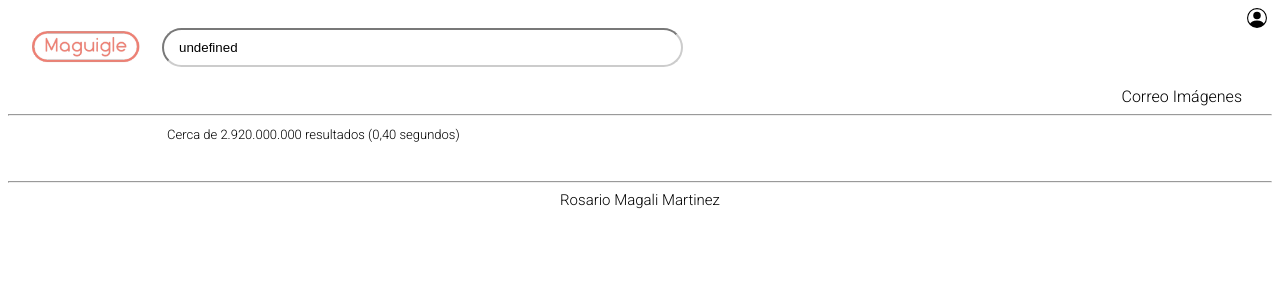
Repository: Rmmartinez/maguigle
Page: maguigle/src/main/resources/static/resultados.html
An editor plug-in stored every save of this project. The page is shown before and after the next save, followed by the edit.
The browser window is 1280 px wide. The pictures show the whole page.
The page's requests for data from a server got no answer.

Above is the page before, as saved 2023-07-30 20:05:43.

### maguigle/src/main/resources/static/resultados.html
<!DOCTYPE html>
<html lang="en">
<head>
    <meta charset="UTF-8">
    <meta http-equiv="X-UA-Compatible" content="IE=edge">
    <meta name="viewport" content="width=device-width, initial-scale=1.0">
    <title>Maguigle</title>
    <link rel = "stylesheet" href="style.css"/>
    <link rel="preconnect" href="https://fonts.googleapis.com">
<link rel="preconnect" href="https://fonts.gstatic.com" crossorigin>
<link href="https://fonts.googleapis.com/css2?family=Roboto:wght@300&display=swap" rel="stylesheet">
</head>
<body>
    <div id = "main-resultados">
        <img id = "logo-resultados" src="img/logo.png"/>
        <input id = "buscador-resultados" type="text"/>
        <div style="text-align: right; padding-right:30px;">
		<span>
			Correo
		</span>
		<span>
			Imágenes
		</span>
		<span style="position: absolute; top: 7.5px; margin-left: 5px;">
			<svg xmlns="http://www.w3.org/2000/svg" width="20" height="20" fill="currentColor" class="bi bi-person-circle" viewBox="0 0 16 16">
			  <path d="M11 6a3 3 0 1 1-6 0 3 3 0 0 1 6 0z"/>
			  <path fill-rule="evenodd" d="M0 8a8 8 0 1 1 16 0A8 8 0 0 1 0 8zm8-7a7 7 0 0 0-5.468 11.37C3.242 11.226 4.805 10 8 10s4.757 1.225 5.468 2.37A7 7 0 0 0 8 1z"/>
			</svg>
		</span>
	</div>
        <hr/>
        <div id="resultados">
            <span class="total-resultados">
                Cerca de 2.920.000.000 resultados (0,40 segundos)
            </span>
            <div id = "links">

            </div>
        </div>
        <hr/>


    </div>
    <div class="footer">
    	<span>
           Rosario Magali Martinez
        </span>
    </div>

<script>
    let aux = document.location.href.split('?query=');
    let query = aux[1];
    document.getElementById("buscador-resultados").value = query;

    fetch('http://localhost:8080/api/search?query='+query)
    .then(response => response.json())
    .then(json =>{
        console.log(json);
        let html = '';
        for(let resultadoBusqueda of json){
            html += getResultados(resultadoBusqueda);
        }
        document.getElementById("links").outerHTML = html;
    });

    function getResultados(resultadoBusqueda){

        return `<div class="resultado">
                <h3><a href="${resultadoBusqueda.url}">${resultadoBusqueda.title}</a></h3>
                <span>${resultadoBusqueda.description}</span>
            </div>`;
    }
</script>

</body>
</html>

### maguigle/src/main/resources/static/style.css
body{
    font-family: 'Roboto', sans-serif;
}


#main{
    width: 500px;
    margin: auto;
    text-align: center;
}


#main-resultados{
    margin: auto;
}

#logo{
    width:300px;
    padding-top: 30px;
}

#logo-resultados{
    width:110px;
    position: absolute;
    left: 30px;
    top: 27.5px;
}

.buscador{
    width: 100%;
    margin: 20px 0px;
    height: 33px;
    border-radius: 25px;
    border-color: #CCC;
    padding-left: 15px;
}

input {
  width: 100%;
  margin: 20px 0px;
  height: 33px;
  border-radius: 25px;
  border-color: #CCC;
  padding-left: 15px;
}

#buscador-resultados{
    width: 500px;
    margin: 20px 0px;
    margin-left: 154px;
    height: 33px;
    border-radius: 25px;
    border-color: #CCC;
    padding-left: 15px;
}

button{
    padding: 7px 15px;
}


#resultados{
    max-width: 600px;
    margin-left: 159px;
    padding-bottom: 30px;
}

.resultado h3{
    color: #0272d3;
    margin-bottom: 4px;

}

.total-resultados{
    font-size: 13px;
}

.footer{
	font-size: 15px;
	text-align: center;
}

After the next save:
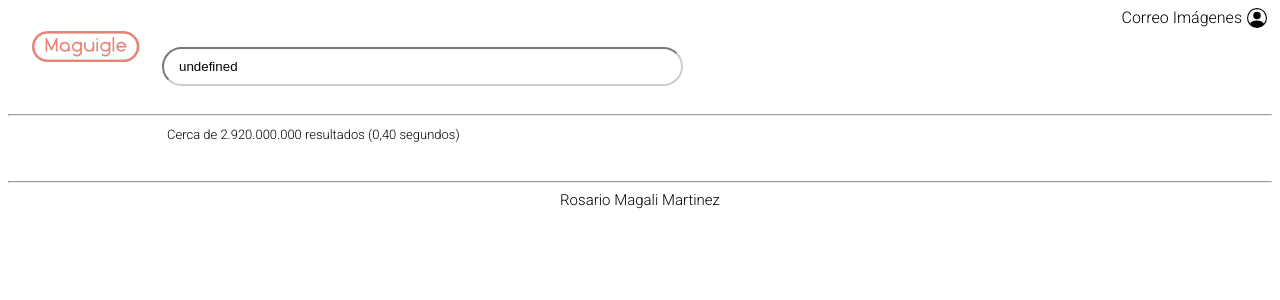
Saved 64 s later.
--- a/maguigle/src/main/resources/static/resultados.html
+++ b/maguigle/src/main/resources/static/resultados.html
@@ -12,9 +12,7 @@
 </head>
 <body>
     <div id = "main-resultados">
-        <img id = "logo-resultados" src="img/logo.png"/>
-        <input id = "buscador-resultados" type="text"/>
-        <div style="text-align: right; padding-right:30px;">
+    <div style="text-align: right; padding-right:30px;">
 		<span>
 			Correo
 		</span>
@@ -28,6 +26,9 @@
 			</svg>
 		</span>
 	</div>
+        <img id = "logo-resultados" src="img/logo.png"/>
+        <input id = "buscador-resultados" type="text"/>
+
         <hr/>
         <div id="resultados">
             <span class="total-resultados">
